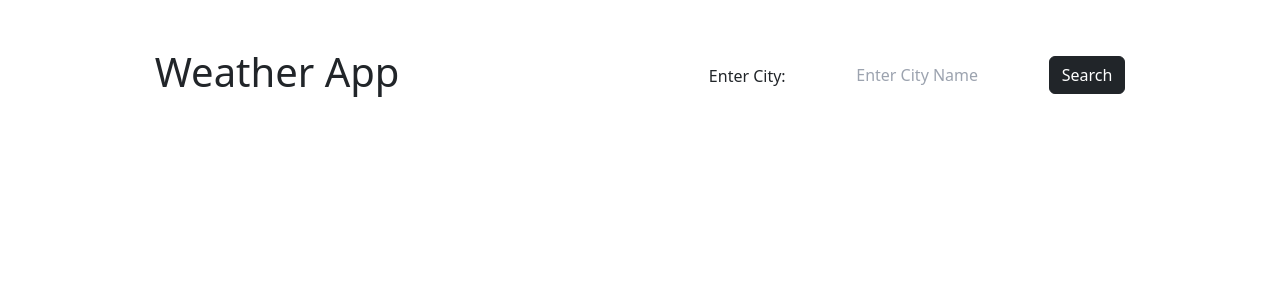
Repository: bhaveshtrades/weatherapp
Page: /
The author's editor kept a copy of each file at every save. The page is drawn from the files as they stood at one save, then again after the next save.
The browser window is 1280 px wide. The pictures show the whole page.
The project was rebuilt for these pictures with package versions that can differ from the ones it lists, and the page was loaded fresh each time. Also part of the build but not shown: src/components/DetailedWeather.jsx, src/components/HourlyForecast.jsx.

Above is the page before, as saved 2023-01-17 18:16:22.

After the next save:
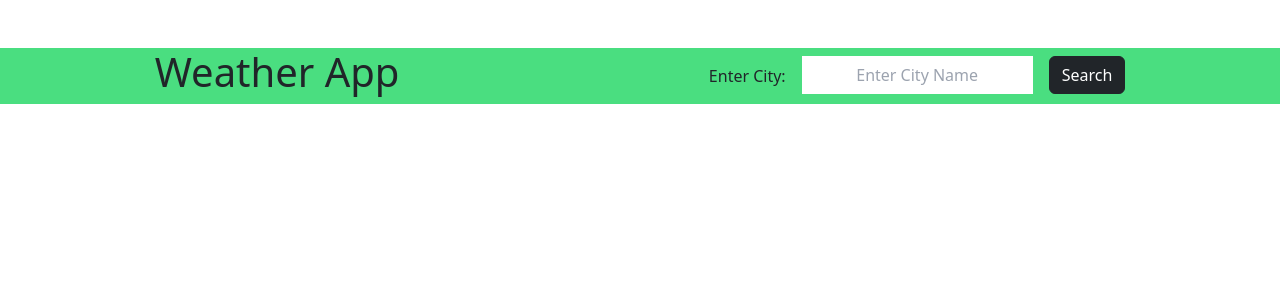
Saved 67 s later.
--- a/src/components/Navbar.jsx
+++ b/src/components/Navbar.jsx
@@ -4,7 +4,7 @@
 
   return (
     <>
-    <div className='flex justify-around mt-12'>
+    <div className='flex justify-around mt-12 bg-green-400'>
     <div>
     <h1>Weather App</h1>
     </div>
